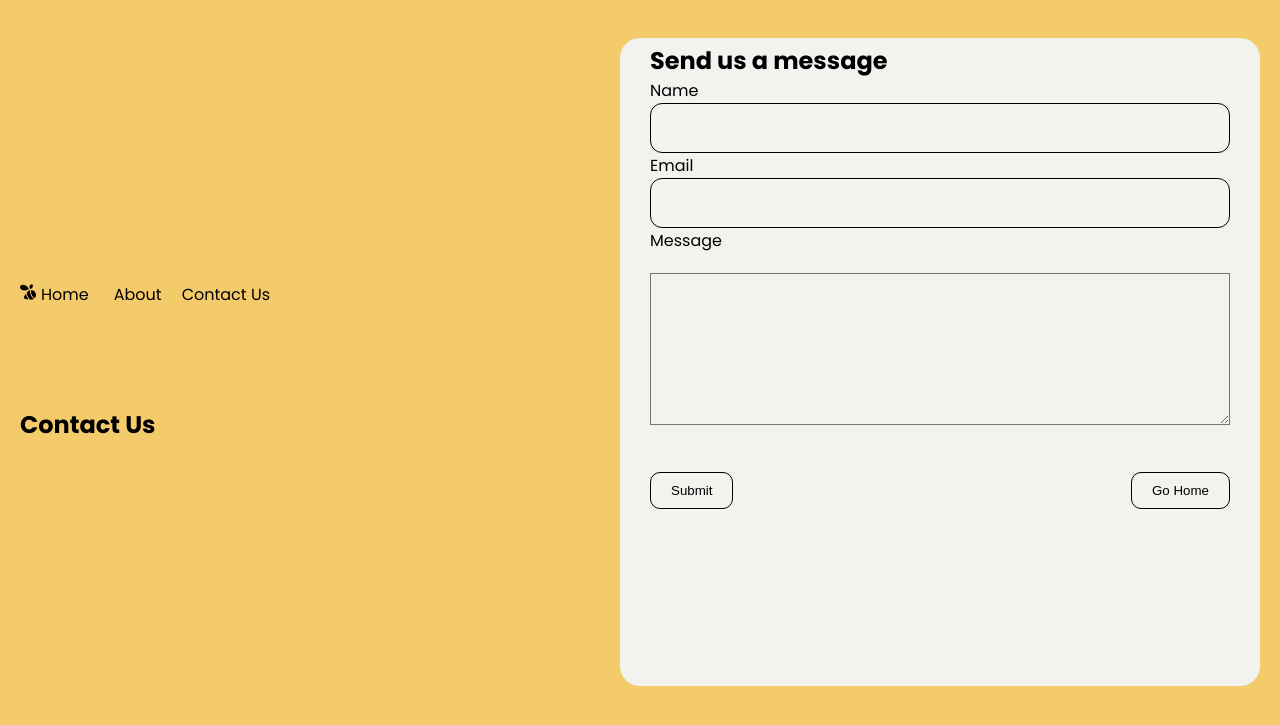
Repository: ble-syn/Random-user-generator-app
Page: /contact
The author's editor kept a copy of each file at every save. The page is drawn from the files as they stood at one save, then again after the next save.
The browser window is 1280 px wide. The pictures show the whole page.
The project was rebuilt for these pictures with package versions that can differ from the ones it lists, and the page was loaded fresh each time. Also part of the build but not shown: src/components/pagination.jsx, src/components/User.jsx, src/pages/Home.jsx, src/components/ErrorFallback.jsx, src/pages/About.jsx, src/pages/NotFound.jsx, src/pages/Mission.jsx, src/pages/Vision.jsx.

Above is the page before, as saved 2022-10-28 22:19:26.

After the next save:
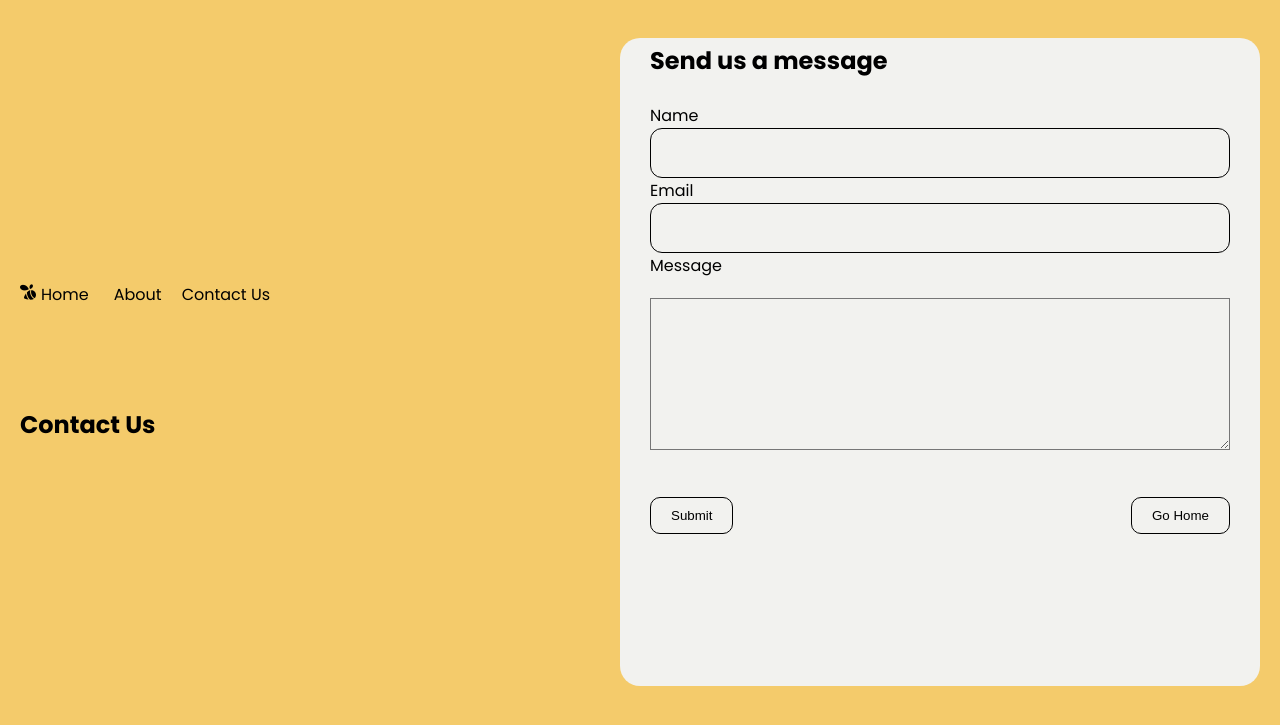
Saved 10 s later.
--- a/src/pages/Contact.jsx
+++ b/src/pages/Contact.jsx
@@ -16,7 +16,7 @@
       </div>
 
       <div id="right">
-        <h2>Send us a message</h2>
+        <h2>Send us a message</h2> <br />
        <form>
           <label htmlFor="name">Name</label>
           <input type="text" name="name" id="name" />

After the save that followed:
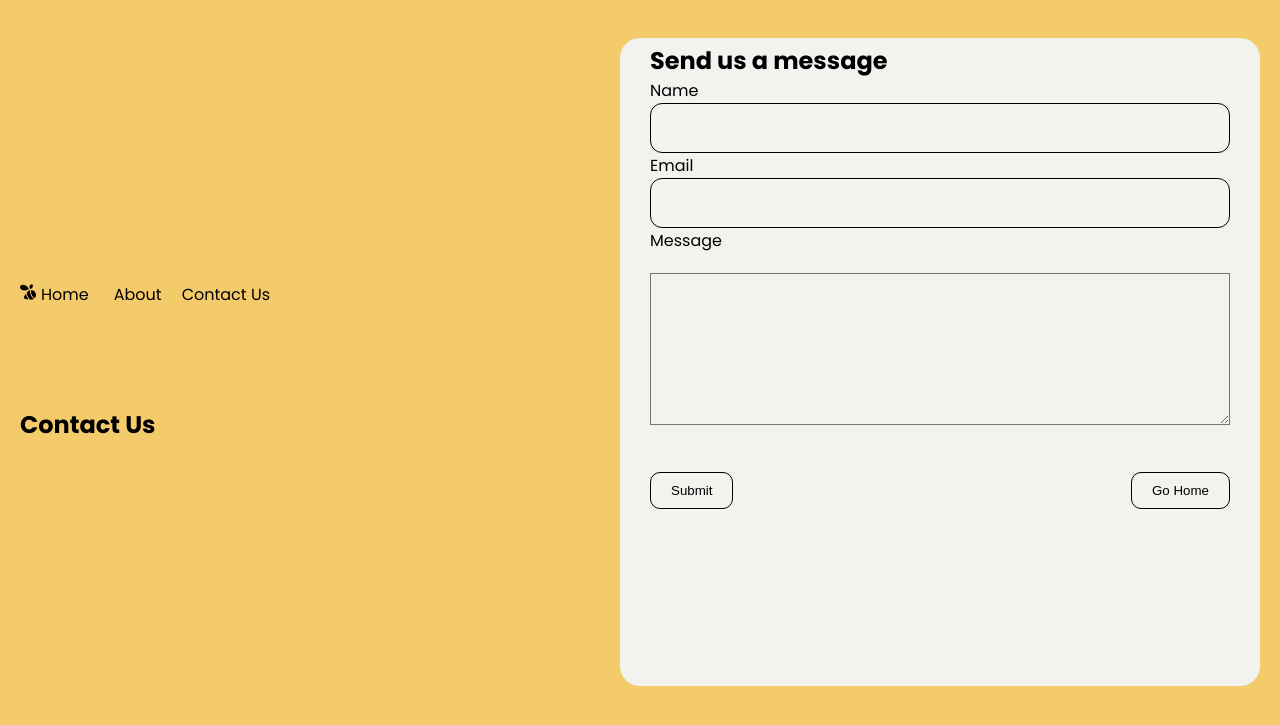
Saved 10 s later.
--- a/src/pages/Contact.jsx
+++ b/src/pages/Contact.jsx
@@ -16,7 +16,7 @@
       </div>
 
       <div id="right">
-        <h2>Send us a message</h2> <br />
+        <h2>Send us a message</h2>
        <form>
           <label htmlFor="name">Name</label>
           <input type="text" name="name" id="name" />
